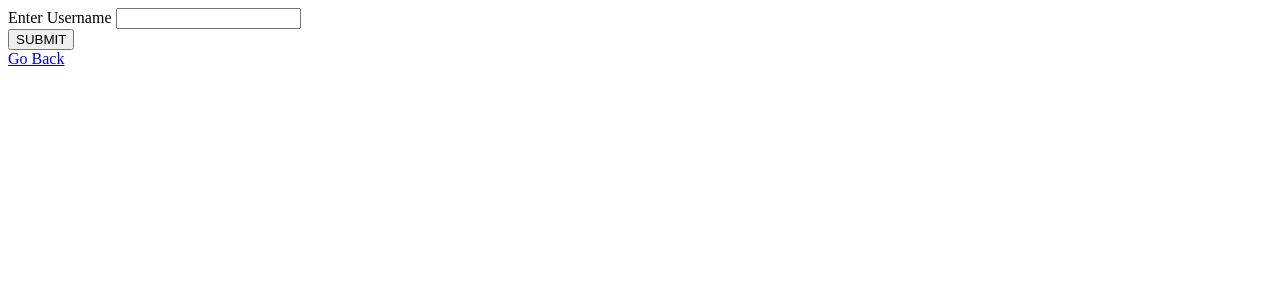
Repository: SNEHASHINDE26/JDBC
Page: eclipse-workspace/HttpServlets/src/main/webapp/user.html
The author's editor kept a copy of each file at every save. The page is drawn from the files as they stood at one save, then again after the next save.
The browser window is 1280 px wide. The pictures show the whole page.

Above is the page before, as saved 2024-01-16 13:17:56.

### eclipse-workspace/HttpServlets/src/main/webapp/user.html
<!DOCTYPE html>
<html>
<head>
<meta charset="ISO-8859-1">
<title>welcome on user form</title>
</head>
<body>
       <form action="firstLink" method="post">

          <label>Enter Username </label>

          <input type="text" name="user"/><br>

          <input type="submit" value="SUBMIT">

       </form>

        <a href="index.html">Go Back </a>
</body>
</html>

After the next save:
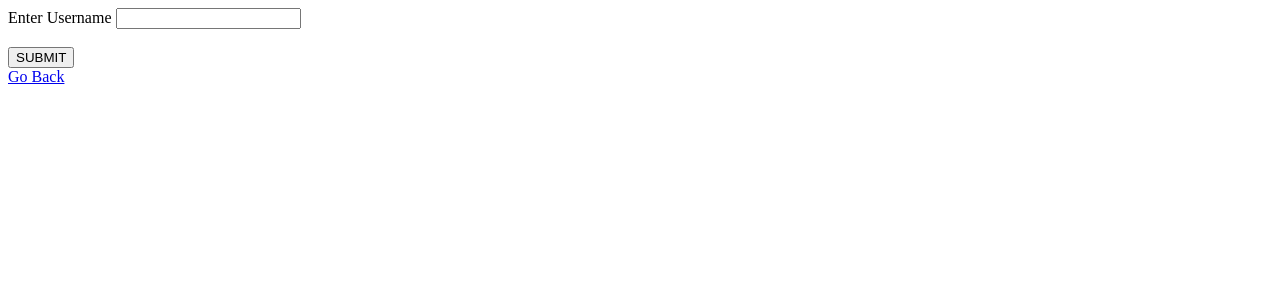
Saved 13 s later.
--- a/eclipse-workspace/HttpServlets/src/main/webapp/user.html
+++ b/eclipse-workspace/HttpServlets/src/main/webapp/user.html
@@ -9,7 +9,7 @@
 
           <label>Enter Username </label>
 
-          <input type="text" name="user"/><br>
+          <input type="text" name="user"/><br></br>
 
           <input type="submit" value="SUBMIT">
 
